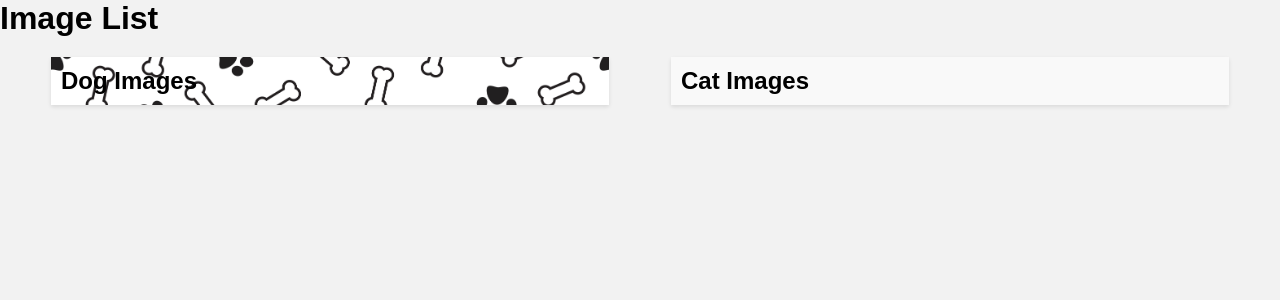
Repository: vimala-pydi/spring-pawsandwhiskers
Page: src/main/webapp/index.html
An editor plug-in stored every save of this project. The page is shown before and after the next save, followed by the edit.
The browser window is 1280 px wide. The pictures show the whole page.
The page's requests for data from a server got no answer.

Above is the page before, as saved 2023-08-18 14:03:47.

After the next save:
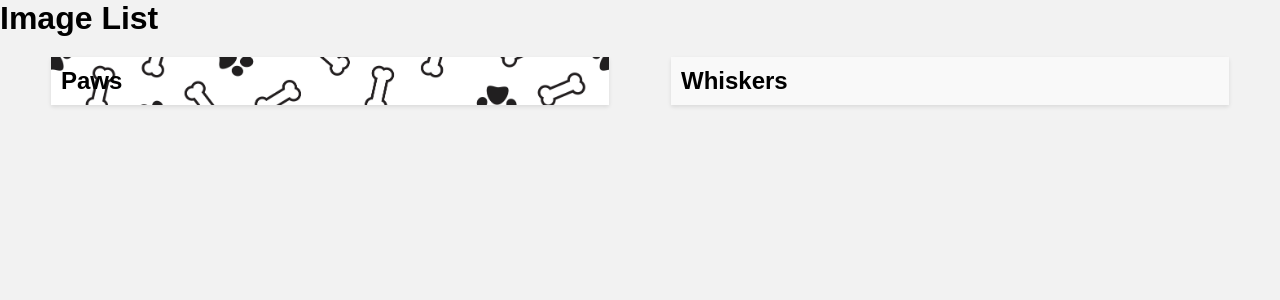
Saved 118 s later.
--- a/src/main/webapp/index.html
+++ b/src/main/webapp/index.html
@@ -1,18 +1,18 @@
 <!DOCTYPE html>
 <html>
 <head>
-    <title>Image List</title>
+    <title>Welcome to Paws and Whiskers!</title>
     <link rel="stylesheet" type="text/css" href="css/styles.css">
 </head>
 <body>
     <h1>Image List</h1>
     <div class="container">
         <div class="image-box dogs">
-            <h2>Dog Images</h2>
+            <h2>Paws </h2>
             <ul id="dogImageList"></ul>
         </div>
         <div class="image-box cats">
-            <h2>Cat Images</h2>
+            <h2>Whiskers</h2>
             <ul id="catImageList"></ul>
         </div>
     </div>
